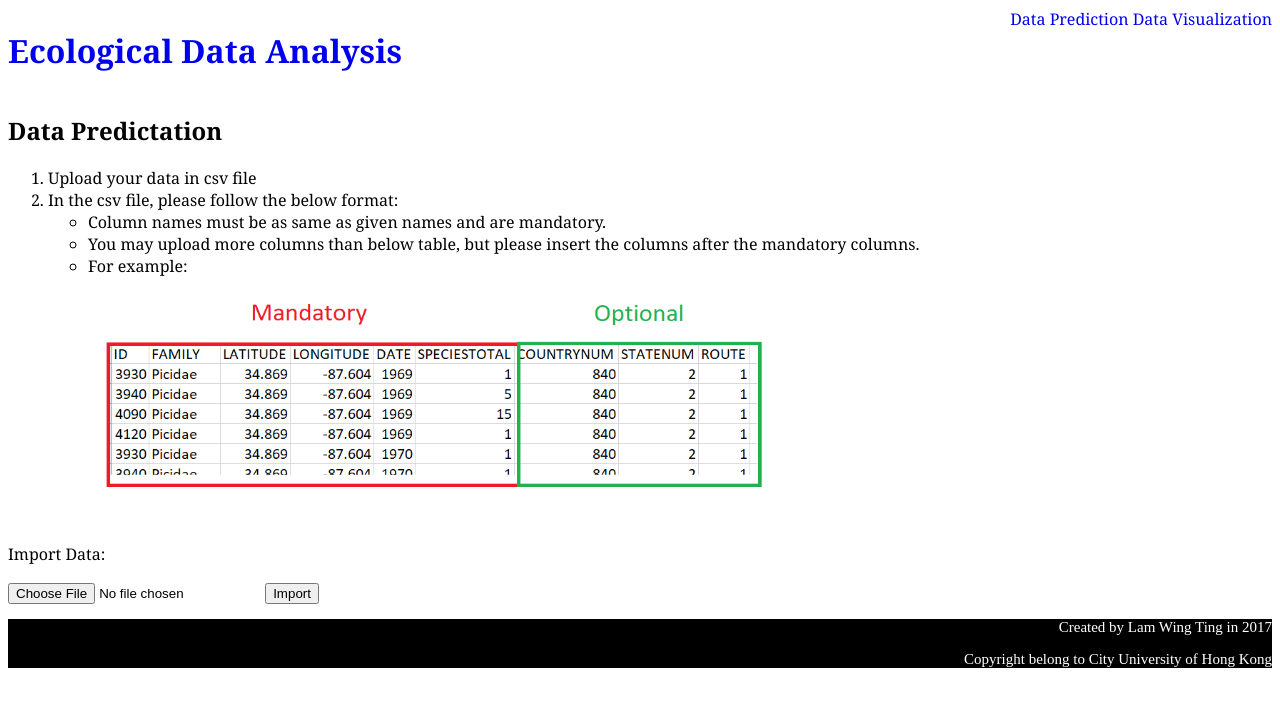
Repository: JenniferLam/FYP
Page: WebAppDev/FYP_webapp/WebContent/prediction/dataPred.html
An editor plug-in stored every save of this project. The page is shown before and after the next save, followed by the edit.
The browser window is 1280 px wide. The pictures show the whole page.

Above is the page before, as saved 2018-02-02 15:08:12.

### WebAppDev/FYP_webapp/WebContent/prediction/dataPred.html
<!DOCTYPE html PUBLIC "-//W3C//DTD HTML 4.01 Transitional//EN" "http://www.w3.org/TR/html4/loose.dtd">
<html>
<head>
<meta http-equiv="Content-Type" content="text/html; charset=BIG5">
<link href="dataPred.css" type="text/css" rel="stylesheet">
<link href="../common.css" type="text/css" rel="stylesheet">
<script src="dataPred.js"></script>
<script type="view" id="filterView">

	<form>
		<p>Please choose the time range for prediction:</p>
		<label>From</label>
		<select id="dateFrom"></select>
		<label>To</label>

		<p>Please choose the species or specific family for prediction:</p>
		<select id="dataTo"></select>
		<label>Family</label>
		<select id="species></select>

		<button type="submit" onsubmit="">Submit</button>
		<span id="displayMsg"></span>
	</form>


</script>
<script type="view" id="resultView">
	<p>Prediction Result</p>
	<div id="predictResult"></div>

</script>

<title>Data Prediction</title>
</head>


<body>
	<div id="header">
		<h1>
			<a href="../main/main.html">Ecological Data Analysis</a>
		</h1>
		<div id="shortcut">
			<a href="../prediction/dataPred.html">Data Prediction</a>
			<a href="../visualization/dataVisual.html">Data Visualization</a>
		</div>
	</div>
<div id="container">
<h2>Data Predictation</h2>
<ol>
<li>Upload your data in csv file</li>
<li>In the csv file, please follow the below format:</li>
<ul>
<li>Column names must be as same as given names and are mandatory.</li>
<li>You may upload more columns than below table, but please insert the columns after the mandatory columns.</li>
<li>For example: </li>
<img src="./example.png" alt="Sample File">
<table>


</table>
</ul>
</ol>
<p>Import Data:</p>
<input type="file" name="uploadFile">
<button type='submit'onsubmit="fileUpload()">Import</button>
<span id="responseMsg"></span>


<div id="filter">
</div>


</div>


	<div id="footer">
		<p>Created by Lam Wing Ting in 2017</p>
		<p>Copyright belong to City University of Hong Kong</p>
	</div>
</body>
</html>

### WebAppDev/FYP_webapp/WebContent/prediction/dataPred.css
img{
	width:700px;
	height:250px;
}

### WebAppDev/FYP_webapp/WebContent/common.css
body{
	font-family:Georgia, serif;
}
a{
	text-decoration: none;
}
a:visited
{
    text-decoration: none;
    color:black;
}
#header{
	width:100%;
	display:inline-block;
	/*background-color: rgb(102, 255, 102);*/
}
nav{
	display:inline;
	float:right;

}
h1{
	float:left;

}
#shortcut{
	float:right;
}
#footer{
	background-color:black;
	width:100%;
	color: white;
	text-align:right;
	font-family:Times New Roman, Times, serif;
	font-size:15px;
}

### WebAppDev/FYP_webapp/WebContent/prediction/dataPred.js
fileUpload = function(){


	// Display response message
	// 1. Loading... Please wait
	// 2. The import is successful
	// 3. Wrong column name
	// 4. Wrong date format

}

displayUserSelection = function(){
	// If fileUpload() returns true, then ask user to choose the time range and species


}

dataPrediction = function(){

	// Display response message
	// 1. Loading... Please wait

}

printPredictionResult = function(){

}

After the next save:
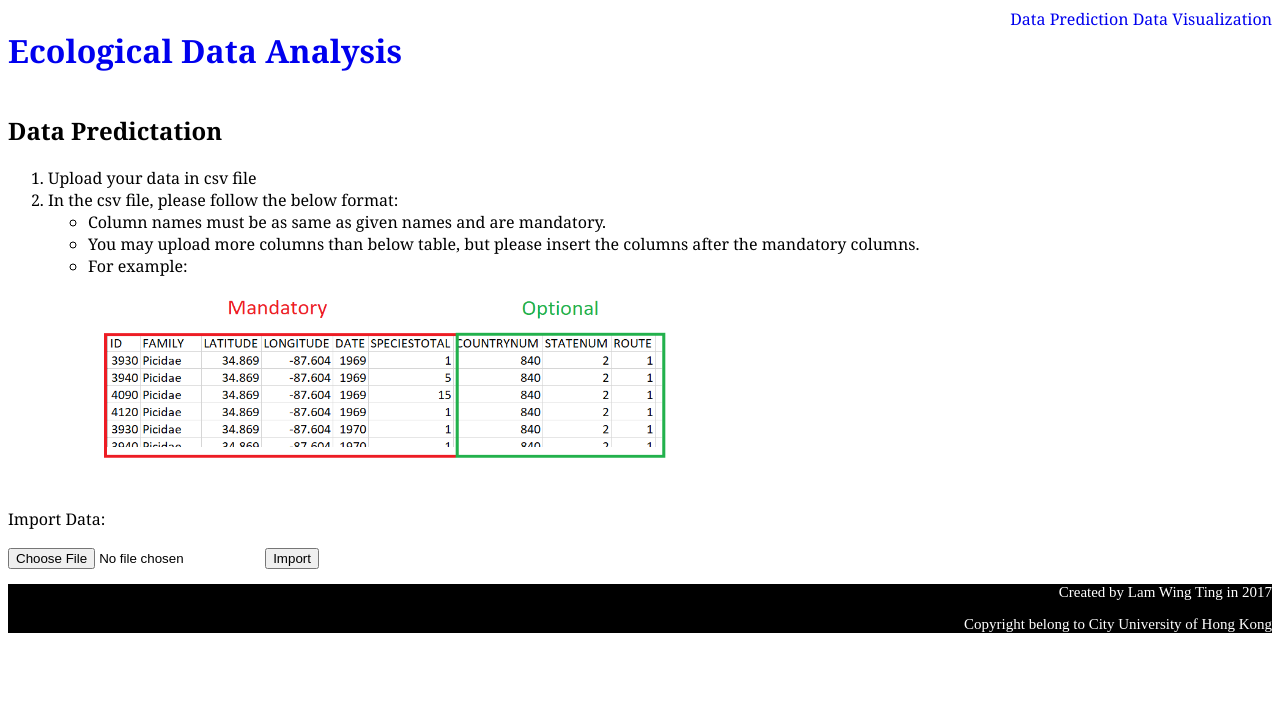
Saved 41 s later.
--- a/WebAppDev/FYP_webapp/WebContent/prediction/dataPred.css
+++ b/WebAppDev/FYP_webapp/WebContent/prediction/dataPred.css
@@ -1,4 +1,4 @@
 img{
-	width:700px;
-	height:250px;
+	width:600px;
+	height:215px;
 }
